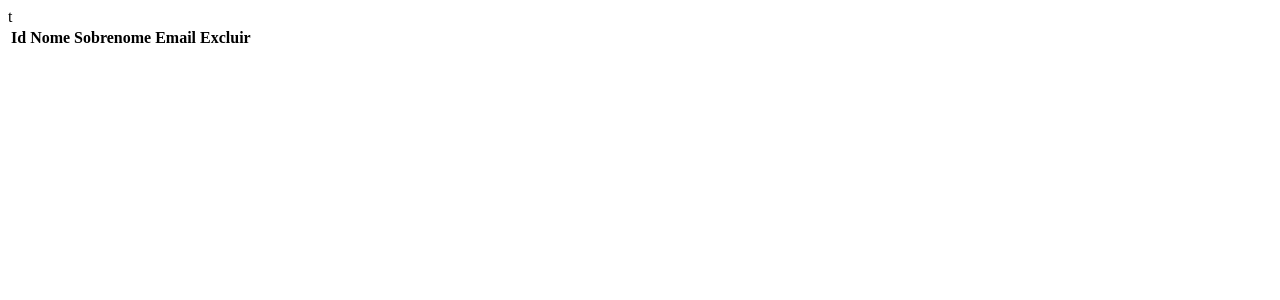
Repository: diegoeiti/Logica-Programacao
Page: Modulo 3 - PHP/Aula 20 CRUDalunos/table.html
The author's editor kept a copy of each file at every save. The page is drawn from the files as they stood at one save, then again after the next save.
The browser window is 1280 px wide. The pictures show the whole page.

Above is the page before, as saved 2025-10-31 10:23:19.

### Modulo 3 - PHP/Aula 20 CRUDalunos/table.html
<table>
    <thead>
        <tr>
            <th>Id</th>
            <th>Nome</th>
            <th>Sobrenome</th>
            <th>Email</th>
            <th>Excluir</th>
        </tr>
    </thead>

    t
</table>

After the next save:
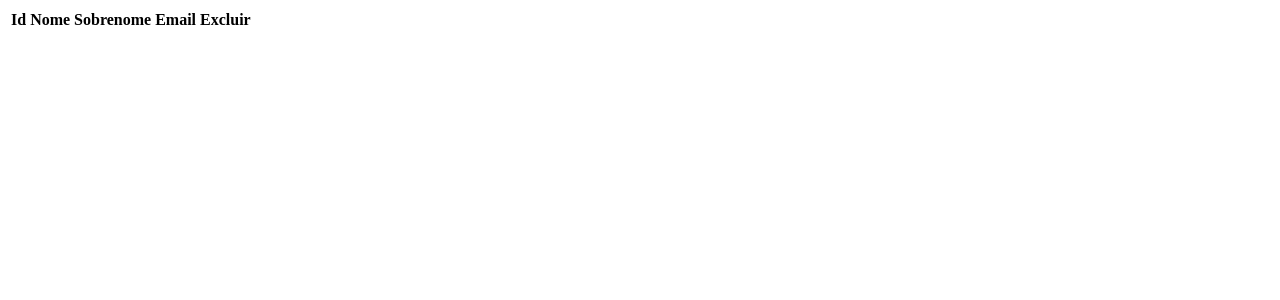
Saved 7 s later.
--- a/Modulo 3 - PHP/Aula 20 CRUDalunos/table.html
+++ b/Modulo 3 - PHP/Aula 20 CRUDalunos/table.html
@@ -9,5 +9,7 @@
         </tr>
     </thead>
 
-    t
+    <tbody>
+
+    </tbody>
 </table>
